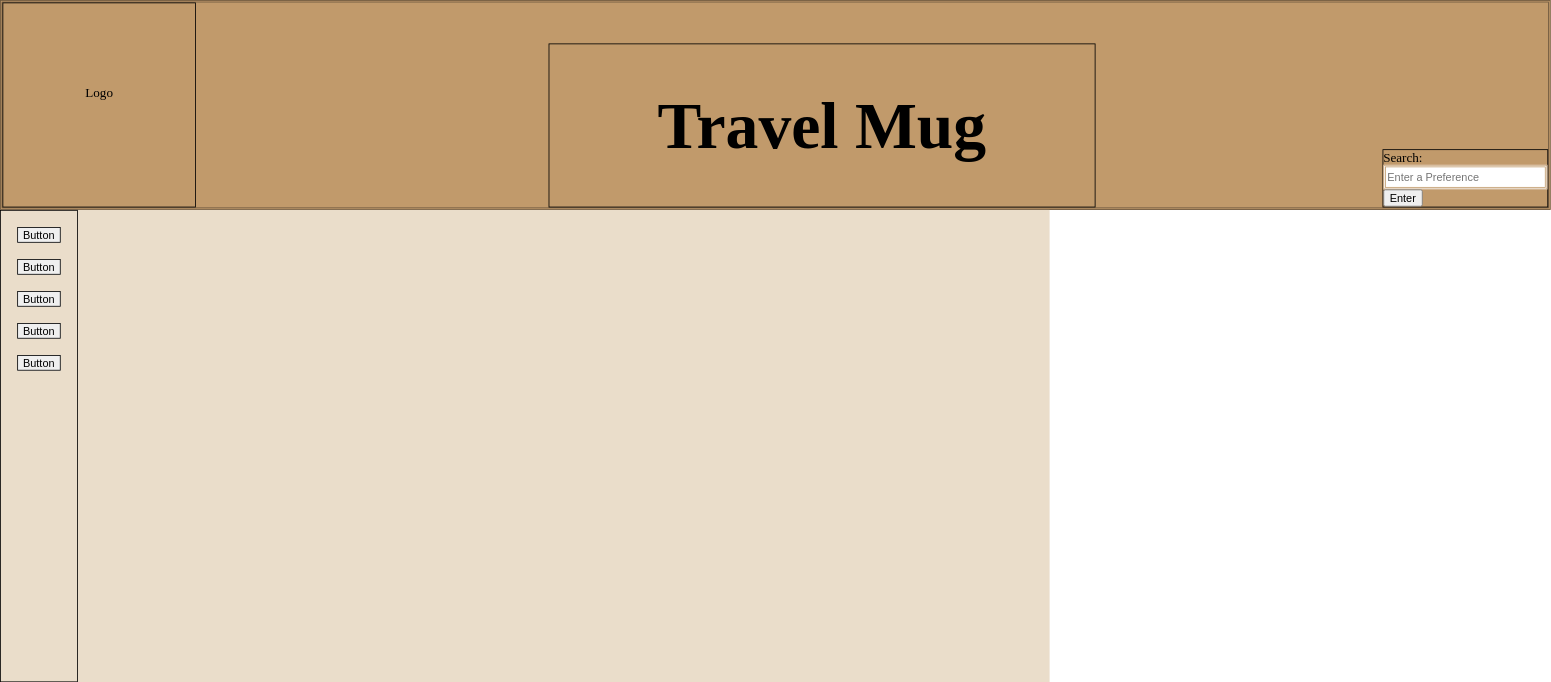
Repository: joshliu14/Travel-Mug
Page: /
These files come from the project's save history. The page is drawn as it stood at one moment and after the next save; the edit follows.
The browser window is 1280 px wide. The page is 1891 px wide, so the pictures cover 1891 px, including what lies to the right of the window. The pictures show the whole page, at 82% of full size.
The project was rebuilt for these pictures with package versions that can differ from the ones it lists, and the page was loaded fresh each time.

Above is the page before, as saved 2024-01-03 00:28:07.

### public/index.html
<!DOCTYPE html>
<html lang="en">
  <head>
    <meta charset="utf-8" />
    <link rel="icon" href="%PUBLIC_URL%/favicon.ico" />
    <link rel="stylesheet" href="./index.css" />
    <meta name="viewport" content="width=device-width, initial-scale=1" />
    <meta name="theme-color" content="#000000" />
    <meta
      name="description"
      content="Web site created using create-react-app"
    />
    <link rel="apple-touch-icon" href="%PUBLIC_URL%/logo192.png" />
    <!--
      manifest.json provides metadata used when your web app is installed on a
      user's mobile device or desktop. See https://developers.google.com/web/fundamentals/web-app-manifest/
    -->
    <link rel="manifest" href="%PUBLIC_URL%/manifest.json" />
    <!--
      Notice the use of %PUBLIC_URL% in the tags above.
      It will be replaced with the URL of the `public` folder during the build.
      Only files inside the `public` folder can be referenced from the HTML.

      Unlike "/favicon.ico" or "favicon.ico", "%PUBLIC_URL%/favicon.ico" will
      work correctly both with client-side routing and a non-root public URL.
      Learn how to configure a non-root public URL by running `npm run build`.
    -->
    <title>Travel Mug</title>
  </head>
  <body>
    <noscript>You need to enable JavaScript to run this app.</noscript>
    <div id="root"></div>
    <!--
      This HTML file is a template.
      If you open it directly in the browser, you will see an empty page.

      You can add webfonts, meta tags, or analytics to this file.
      The build step will place the bundled scripts into the <body> tag.

      To begin the development, run `npm start` or `yarn start`.
      To create a production bundle, use `npm run build` or `yarn build`.
    -->
  </body>
</html>

### src/index.js
import React from "react";
import ReactDOM from "react-dom";
import App from "./App";

import { BrowserRouter } from "react-router-dom";

ReactDOM.render(
  <BrowserRouter>
    <App />
  </BrowserRouter>,
  document.getElementById("root")
);

### src/App.js
import React from "react";
import Home from "./Home";

import { Switch, Route } from "react-router-dom";

const App = () => {
  return (
    <Switch>
      <Route exact path="/">
        <Home />
      </Route>
    </Switch>
  );
};

export default App;

### src/Home.js
import React from "react";
import "./Home.css";

/*import { Link } from "react-router-dom";
 <div className="nav">
            <Link to="/">Home</Link>
            <Link to="/">About</Link>
            <Link to="/">Contact</Link>
            <Link to="/">Blank</Link>
            <Link to="/">Blank</Link>
          </div> */

class Search extends React.Component {
  render() {
    return (
      <div>
        <div className="top">
          <div className="logo">Logo</div>
          <div className="title">
            <h1>Travel Mug</h1>
          </div>
          <div className="search-container">
            Search:{" "}
            <input className="search-bar" placeholder="Enter a Preference" />
            <button>Enter</button>
          </div>
        </div>
        <div className="bottom">
          <div className="filter">
            <button>Button</button>
            <button>Button</button>
            <button>Button</button>
            <button>Button</button>
            <button>Button</button>
          </div>
        </div>
      </div>
    );
  }
}

export default Search;

### src/Home.css
.top {
  background-color: #c19a6b;
  display: flex;
  min-width: fit-content;
  min-height: 20vh;
  border-width: 3px;
  border-color: #6d573d;
  border-style: double;
}

.logo {
  padding: 100px;
  border: 1px solid black;
}

.title {
  text-align: center;
  font-size: 40px;
  min-width: 665px;
  margin-top: 50px;
  margin-left: 430px;
  margin-right: 200px;
  border: 1px solid black;
}

.nav {
  align-self: last baseline;
  display: flex;
  justify-content: center;
  border: 1px solid black;
}
.nav a {
  font-size: large;
  padding: 10px 20px;
  color: black;
  display: block;
  text-decoration: none;
}

.nav a:hover {
  color: aliceblue;
  background-color: #6d573d;
}
.bottom {
  background-color: #eaddca;
  display: flex;
  min-width: fit-content;
  min-height: 80vh;
}

.search-container {
  align-self: last baseline;
  border: 1px solid black;
  margin-left: 150px;
}
.search-bar {
  width: 200px;
  height: 30px;
  box-sizing: border-box;
  border-width: 3px;
  border-color: #c19a6b;
  border-style: double;
}

.filter {
  margin-left: 0px;
  margin-right: 0px;
  border: 1px solid black;
}

.filter button {
  display: block;
  margin: 20px;
  border: 1px solid black;
}

### public/index.css
html,
body {
  margin: 0px;
  padding: 0px;
}

After the next save:
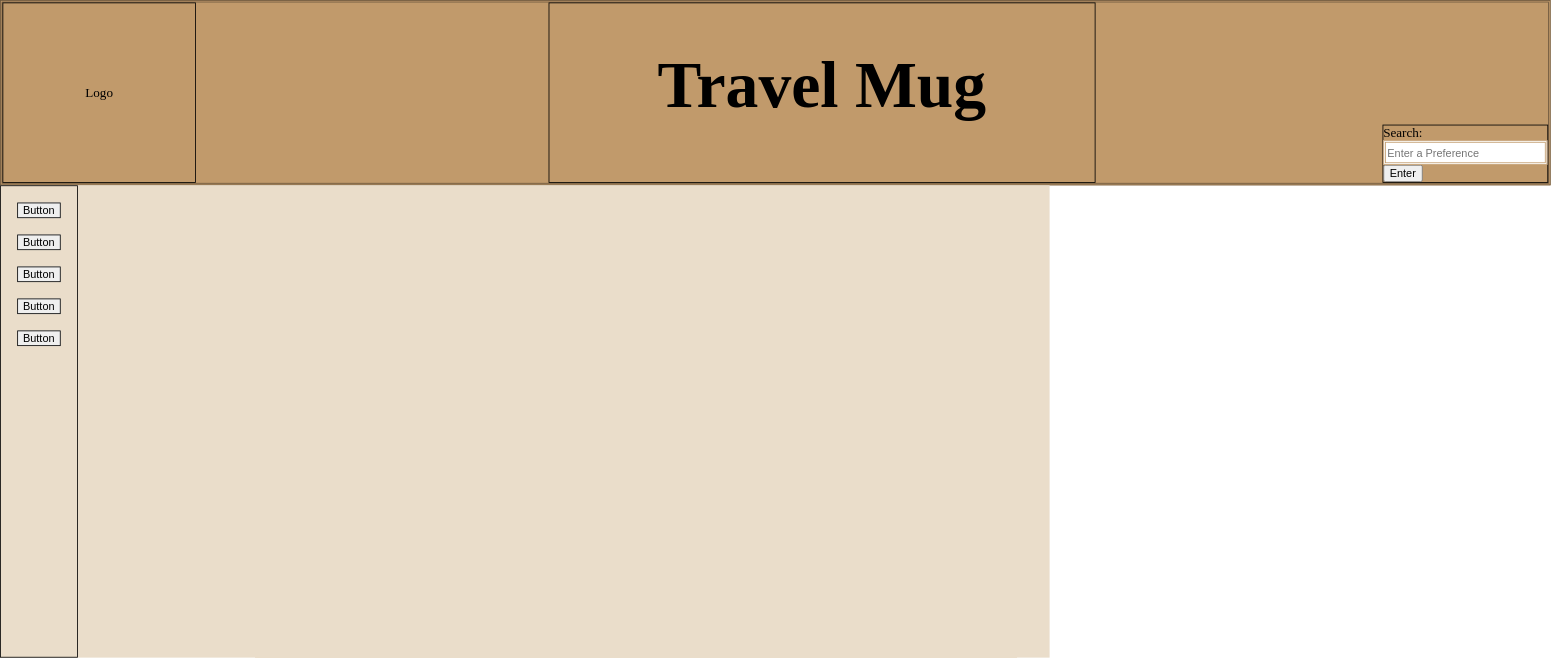
Saved 29 s later.
--- a/src/Home.css
+++ b/src/Home.css
@@ -17,7 +17,6 @@
   text-align: center;
   font-size: 40px;
   min-width: 665px;
-  margin-top: 50px;
   margin-left: 430px;
   margin-right: 200px;
   border: 1px solid black;
